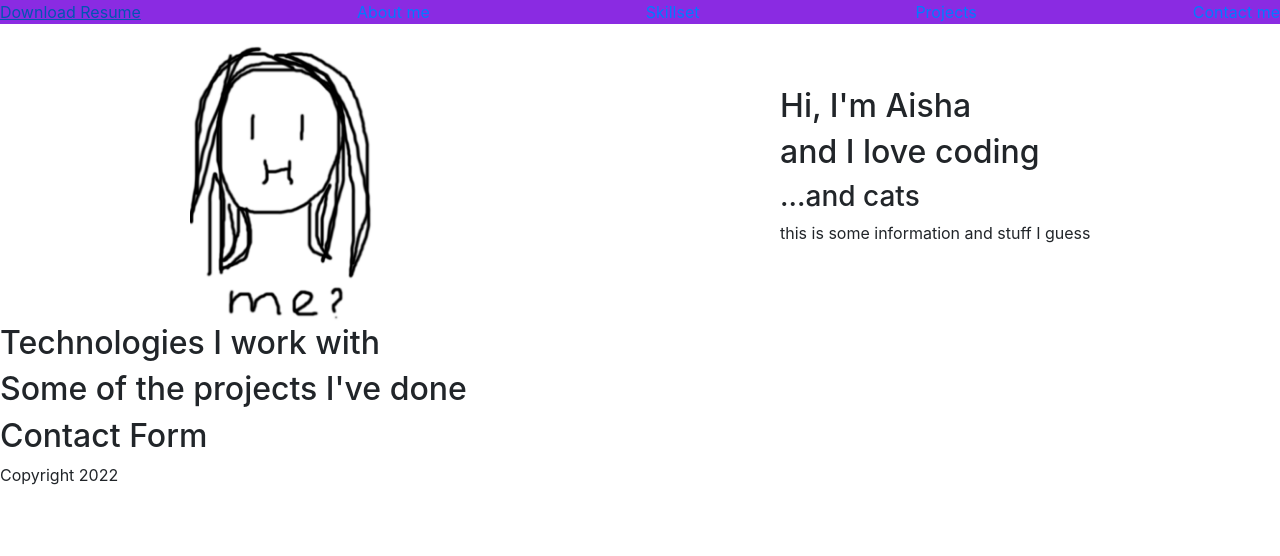
Repository: aishakapan/portfolio
Page: index.html
An editor plug-in stored every save of this project. The page is shown before and after the next save, followed by the edit.
The browser window is 1280 px wide. The pictures show the whole page.
Some web libraries are served in a nearby version.

Above is the page before, as saved 2022-08-18 18:44:43.

### index.html
<!DOCTYPE html>
<html lang="en">
<head>
    <meta charset="UTF-8">
    <meta http-equiv="X-UA-Compatible" content="IE=edge">
    <meta name="viewport" content="width=device-width, initial-scale=1.0">
    <!-- bootstrap links -->
    <link rel="stylesheet" href="/styles/index.css">
    <link rel="stylesheet" href="https://cdn.jsdelivr.net/npm/bootstrap@4.0.0/dist/css/bootstrap.min.css" integrity="sha384-Gn5384xqQ1aoWXA+058RXPxPg6fy4IWvTNh0E263XmFcJlSAwiGgFAW/dAiS6JXm" crossorigin="anonymous">
    <title>Aisha Kapan</title>
</head>
<body>
    <nav class="nav-container">
        <a href="#">Download Resume</a>
        <a href="#">About me</a>
        <a href="#">Skillset</a>
        <a href="#">Projects</a>
        <a href="#">Contact me</a>
    </nav>


    <main>
        <div class="about-container">
        <img src="img/temp.png" alt="my photo" class="about-item pfp">
        <article class="about-item">
            <h2>Hi, I'm Aisha</h2>
            <h2>and I love coding</h2>
            <!-- this will be changing text animation -->
            <h3>...and cats</h3>
            <p>this is some information and stuff I guess</p>
        </article>
        </div>
            <!-- bg image with a cat and hobbies  -->

        <section>
        <h2>Technologies I work with</h2>
            <!-- images/icons -->
        </section>

        <section>
            <h2>Some of the projects I've done</h2>
            <!-- image with descriptions and links -->
        </section>

        <section>
            <h2>Contact Form</h2>
            <!-- First/Last name/message form directed to my e-mail-->
        </section>




    </main>
    <footer>
        Copyright 2022
    </footer>
    <script src="https://code.jquery.com/jquery-3.2.1.slim.min.js" integrity="sha384-KJ3o2DKtIkvYIK3UENzmM7KCkRr/rE9/Qpg6aAZGJwFDMVNA/GpGFF93hXpG5KkN" crossorigin="anonymous"></script>
    <script src="https://cdn.jsdelivr.net/npm/popper.js@1.12.9/dist/umd/popper.min.js" integrity="sha384-ApNbgh9B+Y1QKtv3Rn7W3mgPxhU9K/ScQsAP7hUibX39j7fakFPskvXusvfa0b4Q" crossorigin="anonymous"></script>
    <script src="https://cdn.jsdelivr.net/npm/bootstrap@4.0.0/dist/js/bootstrap.min.js" integrity="sha384-JZR6Spejh4U02d8jOt6vLEHfe/JQGiRRSQQxSfFWpi1MquVdAyjUar5+76PVCmYl" crossorigin="anonymous"></script>
  </body>
</body>
</html>

### styles/index.css
* {
    margin: 0;
    padding: 0;
}

.nav-container {
    display: flex;
    background-color: blueviolet;
    justify-content: space-between;
}


.about-container {
    display: flex;
    flex-wrap: wrap;
    justify-content: space-around;
    align-items: center;

}

.about-item {
    flex-basis: 1;
}


.pfp {
    max-width: 300px;
    max-height: 300px;
}

After the next save:
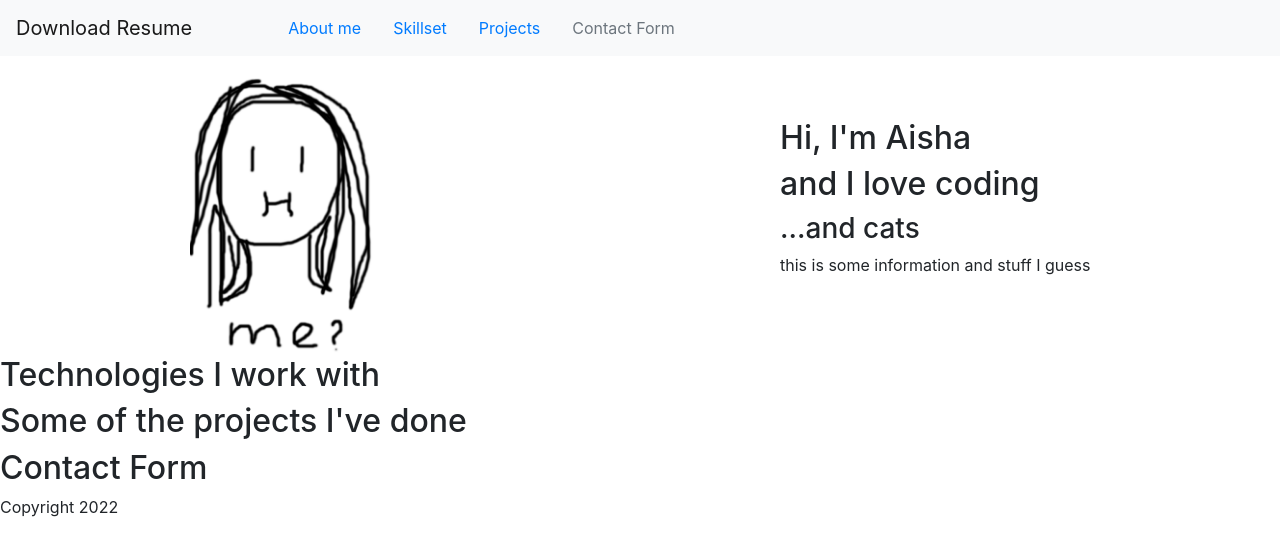
Saved 11 min 57 s later.
--- a/index.html
+++ b/index.html
@@ -10,12 +10,34 @@
     <title>Aisha Kapan</title>
 </head>
 <body>
-    <nav class="nav-container">
-        <a href="#">Download Resume</a>
-        <a href="#">About me</a>
-        <a href="#">Skillset</a>
-        <a href="#">Projects</a>
-        <a href="#">Contact me</a>
+
+    <nav>
+
+    </nav>
+    <nav class="navbar navbar-expand-lg navbar-light bg-light">
+        <a class="navbar-brand" href="#">Download Resume</a>
+        <div class="navbar-text justify-content-end">
+            <div class="navbar-nav">
+                <a class="nav-item nav-link" href="#"></a>
+                <a class="nav-item nav-link" href="#"> </a>
+                <a class="nav-item nav-link" href="#"></a>
+                <a class="nav-item nav-link" href="#"></a>
+            </div>
+        </div>
+        <ul class="nav justify-content-end">
+            <li class="nav-item">
+              <a class="nav-link active" href="#">About me</a>
+            </li>
+            <li class="nav-item">
+              <a class="nav-link" href="#">Skillset</a>
+            </li>
+            <li class="nav-item">
+              <a class="nav-link" href="#">Projects</a>
+            </li>
+            <li class="nav-item">
+              <a class="nav-link disabled" href="#">Contact Form</a>
+            </li>
+        </ul>
     </nav>
 
 
